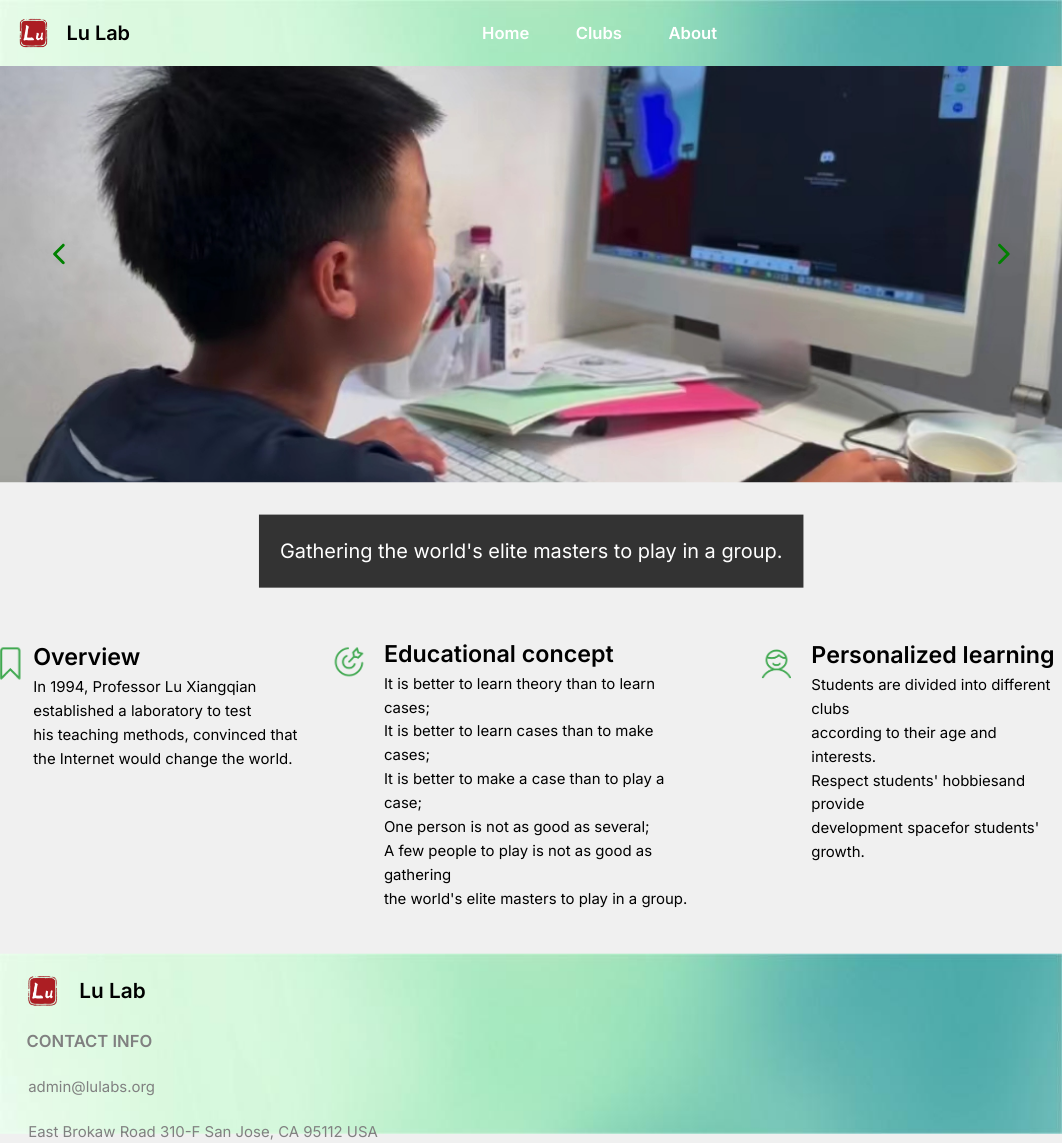
Repository: proflulab/lulab_website_next_js
Page: /
These files come from the project's save history. The page is drawn as it stood at one moment and after the next save; the edit follows.
The browser window is 1280 px wide. The pictures show the whole page, at 83% of full size.
The project was rebuilt for these pictures with package versions that can differ from the ones it lists, and the page was loaded fresh each time. The framework's server and built-in components were replaced by stand-ins that run in the browser. Also part of the build but not shown: next.config.js, next.config.mjs.

Above is the page before, as saved 2023-12-27 21:04:36.

### app/layout.tsx
import type { Metadata } from "next";
import { Inter } from "next/font/google";
import "./globals.css";

const inter = Inter({ subsets: ["latin"] });

export const metadata: Metadata = {
  title: "Lu Lab",
  description: "Lu Lab",
};

export default function RootLayout({
  children,
}: {
  children: React.ReactNode;
}) {
  return (
    <html lang="en">
      <body className={inter.className}>{children}</body>
    </html>
  );
}

### app/page.tsx
"use client";
import "./globals.css"; // 引入全局 CSS 文件

import React, { useState, useEffect, useRef } from "react";
import { FontAwesomeIcon } from "@fortawesome/react-fontawesome";
import {
  faChevronLeft,
  faChevronRight,
} from "@fortawesome/free-solid-svg-icons";
import Image from "next/image";

import Navbar from "./title/page";
import End from "./title/end";

// export default Navbar;

const Home: React.FC = () => {
  const [images, setImages] = useState<string[]>([]);
  const [currentImageIndex, setCurrentImageIndex] = useState<number>(0);

  useEffect(() => {
    const imageUrls = ["image3.jpg", "xueyuan.jpg", "image1.jpg"];
    setImages(imageUrls);
  }, []);

  useEffect(() => {
    const interval = setInterval(() => {
      setCurrentImageIndex((prevIndex) =>
        prevIndex === images.length - 1 ? 0 : prevIndex + 1
      );
    }, 5000);

    return () => clearInterval(interval);
  }, [images]);

  const showNextImage = () => {
    setCurrentImageIndex((prevIndex) =>
      prevIndex === images.length - 1 ? 0 : prevIndex + 1
    );
  };

  const showPreviousImage = () => {
    setCurrentImageIndex((prevIndex) =>
      prevIndex === 0 ? images.length - 1 : prevIndex - 1
    );
  };
  const [windowWidth, setWindowWidth] = useState<number>(0);

  const [isMobile, setIsMobile] = useState<boolean>(false);

  useEffect(() => {
    const handleResize = () => {
      const width = window.innerWidth;
      setIsMobile(width <= 768);
    };

    handleResize(); // 初始化时调用一次，设置初始的 isMobile 值

    window.addEventListener("resize", handleResize);

    return () => {
      window.removeEventListener("resize", handleResize);
    };
  }, []); // 空数组作为依赖，确保只在组件挂载时执行一次

  return (
    <>
      <Navbar />
      <div
        style={{
          display: "flex",
          flexDirection: "column",
          alignItems: "center",
        }}
      >
        <div
          style={{
            position: "relative",
            width: "100%",
            height: "85vh",
            maxWidth: "100%",
            maxHeight: "85vh",
          }}
        >
          {images.length > 0 && (
            // eslint-disable-next-line @next/next/no-img-element
            <img
              src={images[currentImageIndex]}
              alt={`Image ${currentImageIndex + 1}`}
              style={{
                width: "100%",
                height: "95%",
                objectFit: "cover",
                ...(isMobile
                  ? {
                      height: "75vh",
                      width: "100%",
                      objectFit: "cover",
                    }
                  : {}),
              }}
            />
          )}
          <div
            style={{
              position: "absolute",
              top: "50%",
              transform: "translateY(-50%)",
              left: "5%",
              right: "5%",
              display: "flex",
              justifyContent: "space-between",
            }}
          >
            <button
              onClick={showPreviousImage}
              style={{ color: "green", fontWeight: "bold", fontSize: "28px" }}
            >
              <FontAwesomeIcon icon={faChevronLeft} />
            </button>
            <button
              onClick={showNextImage}
              style={{ color: "green", fontWeight: "bold", fontSize: "28px" }}
            >
              <FontAwesomeIcon icon={faChevronRight} />
            </button>
          </div>
        </div>

        <div
          style={{
            position: "absolute",
            top: isMobile ? "400px" : "620px",
            justifyContent: "space-between",

            backgroundColor: "#333333",
            color: "#fff",
            padding: "25px",
            zIndex: 1,
            width: isMobile ? "80%" : "auto", // 根据屏幕大小更新宽度
          }}
        >
          <p style={{ fontSize: isMobile ? "20px" : "24px" }}>
            Gathering the world&apos;s elite masters to play in a group.
          </p>
        </div>

        <div
          style={{
            fontWeight: "bold",
            fontSize: "45px",
            color: "#000000",
            textAlign: "center",
            marginTop: "40px",
            marginBottom: "40px",
          }}
        >
          Welcome to Lu Lab
        </div>
        {isMobile && (
          <>
            <div
              style={{
                marginBottom: "20px",
                display: "flex",
                alignItems: "flex-start",
              }}
            >
              <Image
                src="/Overview.png"
                alt=""
                width={25}
                height={35}
                style={{ marginLeft: "-30px" }}
              />
              <div style={{ marginLeft: "15px" }}>
                <p
                  style={{
                    fontSize: "28px",
                    fontWeight: "600",
                    marginBottom: "5px",
                    marginTop: "-5px",
                  }}
                >
                  Overview
                </p>
                <p
                  style={{
                    fontSize: "18px",
                    fontWeight: "400",
                    lineHeight: "1.5",
                  }}
                >
                  In 1994, Professor Lu Xiangqian
                  <br /> established a laboratory to test
                  <br />
                  his teaching methods, convinced that
                  <br /> the Internet would change the world. <br />
                </p>
              </div>
            </div>

            <div
              style={{
                marginBottom: "20px",
                display: "flex",
                alignItems: "flex-start",
              }}
            >
              <Image
                src="/Edu.png"
                alt=""
                width={35}
                height={35}
                style={{ marginLeft: "35px" }}
              />
              <div style={{ marginLeft: "15px" }}>
                <p
                  style={{
                    fontSize: "28px",
                    fontWeight: "600",
                    marginBottom: "5px",
                    marginTop: "-5px",
                  }}
                >
                  Educational concept
                </p>
                <p
                  style={{
                    fontSize: "18px",
                    fontWeight: "400",
                    lineHeight: "1.5",
                  }}
                >
                  It is better to learn theory than to learn cases;
                  <br />
                  It is better to learn cases than to make cases;
                  <br />
                  It is better to make a case than to play a case;
                  <br />
                  One person is not as good as several;
                  <br />
                  A few people to play is not as good as gathering
                  <br />
                  the world&apos;s elite masters to play in a group.
                </p>
              </div>
            </div>

            <div
              style={{
                marginBottom: "20px",
                display: "flex",
                alignItems: "flex-start",
              }}
            >
              <Image
                src="/Person.png"
                alt=""
                width={35}
                height={35}
                style={{ marginLeft: "-15px" }}
              />
              <div style={{ marginLeft: "15px" }}>
                <p
                  style={{
                    fontSize: "28px",
                    fontWeight: "600",
                    marginBottom: "5px",
                    marginTop: "-5px",
                  }}
                >
                  Personalized learning
                </p>
                <p
                  style={{
                    fontSize: "18px",
                    fontWeight: "400",
                    lineHeight: "1.5",
                  }}
                >
                  Students are divided into different clubs
                  <br />
                  according to their age and interests.
                  <br />
                  Respect students&apos; hobbies and provide
                  <br />
                  development space for students&apos; growth.
                </p>
              </div>
            </div>
          </>
        )}

        {!isMobile && (
          <div
            style={{
              display: "flex",
              justifyContent: "left",
              marginTop: "20px",
            }}
          >
            <div style={{ flex: "1", marginRight: "20px" }}>
              <Image src="/Overview.png" alt="" width={25} height={35} />
              <div style={{ marginLeft: "40px" }}>
                <p
                  style={{
                    color: "black",
                    fontSize: "28px",
                    fontWeight: "600",
                    marginTop: "-50px",
                    textAlign: "left",
                  }}
                >
                  Overview
                </p>
                <p
                  style={{
                    color: "black",
                    fontSize: "18px",
                    fontWeight: "400",
                    textAlign: "left",
                  }}
                >
                  In 1994, Professor Lu Xiangqian
                  <br /> established a laboratory to test
                  <br />
                  his teaching methods, convinced that
                  <br /> the Internet would change the world. <br />
                </p>
              </div>
            </div>
            <div
              style={{ flex: "1.2", marginRight: "60px", marginLeft: "20px" }}
            >
              {" "}
              {/* 将 Edu 部分的 flex 值调整为 1.5 */}
              <Image src="/Edu.png" alt="" width={35} height={35} />
              <div style={{ marginLeft: "60px" }}>
                <p
                  style={{
                    color: "black",
                    fontSize: "28px",
                    fontWeight: "600",
                    marginTop: "-50px",
                    textAlign: "left",
                  }}
                >
                  Educational concept
                </p>
                <p
                  style={{
                    color: "black",
                    fontSize: "18px",
                    fontWeight: "400",
                    textAlign: "left",
                  }}
                >
                  It is better to learn theory than to learn cases;
                  <br /> It is better to learn cases than to make cases;
                  <br /> It is better to make a case than to play a case;
                  <br /> One person is not as good as several;
                  <br /> A few people to play is not as good as gathering
                  <br /> the world&apos;s elite masters to play in a group.
                </p>
              </div>
            </div>
            <div style={{ flex: "1", marginLeft: "20px" }}>
              <Image src="/Person.png" alt="" width={35} height={35} />
              <div style={{ marginLeft: "60px" }}>
                <p
                  style={{
                    color: "black",
                    fontSize: "28px",
                    fontWeight: "600",
                    marginTop: "-50px",
                    textAlign: "left",
                  }}
                >
                  Personalized learning
                </p>
                <p
                  style={{
                    color: "black",
                    fontSize: "18px",
                    fontWeight: "400",
                    textAlign: "left",
                  }}
                >
                  Students are divided into different clubs
                  <br /> according to their age and interests.
                  <br /> Respect students&apos; hobbiesand provide
                  <br /> development spacefor students&apos; growth.
                </p>
              </div>
            </div>
          </div>
        )}

        <hr
          style={{
            marginBottom: "50px",
          }}
        />
        <End />
      </div>
    </>
  );
};

export default Home;

### app/globals.css
@tailwind base;
@tailwind components;
@tailwind utilities;
/* 全局样式 */
body {
  font-family: Arial, sans-serif;
  margin: 0;
  padding: 0;
  background-color: #f0f0f0;
  color: #333;
}

h1 {
  font-size: 2em;
  margin-bottom: 20px;
}

p {
  font-size: 16px;
  line-height: 1.5;
}

/* 媒体查询 */
/* 在小屏幕上应用的样式 */
/* globals.css 或者其他全局CSS文件 */
/* 在文件中添加媒体查询样式 */

/* 较小屏幕尺寸下调整内容位置 */
@media (max-width: 768px) {
  .additional-content {
    top: 550px; /* 调整顶部位置 */
    padding: 15px; /* 调整内边距 */
  }
}

/* 更小屏幕尺寸下调整内容位置 */
@media (max-width: 480px) {
  .additional-content {
    top: 500px; /* 更进一步调整顶部位置 */
    padding: 10px; /* 更进一步调整内边距 */
  }
}

/* 更多媒体查询和样式 */

@media (max-width: 768px) {
  body {
    font-size: 14px;
  }

  h1 {
    font-size: 1.5em;
    margin-bottom: 15px;
  }

  p {
    font-size: 14px;
    line-height: 1.4;
  }
}

/* 在更小的屏幕上应用的样式 */
@media (max-width: 480px) {
  body {
    font-size: 12px;
  }

  h1 {
    font-size: 1.2em;
    margin-bottom: 10px;
  }

  p {
    font-size: 12px;
    line-height: 1.3;
  }
}

/* 在大屏幕上应用的样式 */
@media (min-width: 1200px) {
  body {
    font-size: 18px;
  }

  h1 {
    font-size: 2.5em;
    margin-bottom: 25px;
  }

  p {
    font-size: 18px;
    line-height: 1.6;
  }
}

/* 更多自定义样式和媒体查询可以按需添加 */

### app/title/end.tsx
"use client";
import Link from "next/link";
import { useState, useEffect, useRef } from "react";
import Image from "next/image";
const End: React.FC = () => {
  return (
    <div style={{ position: "relative" }}>
      <Image src="/title.jpg" alt="" height="230" width="1700" />
      <div
        style={{
          position: "absolute",
          top: "20px",
          left: "2%",
          display: "flex",
          alignItems: "center",
        }}
      >
        <Image src="/logo.png" alt="" height="50" width="50" />
        <p
          style={{
            color: "black",
            fontSize: "25px",
            fontWeight: "600",
            marginLeft: "20px",
          }}
        >
          Lu Lab
        </p>
      </div>
      <div
        style={{
          position: "absolute",
          top: "90px",
          left: "2.5%",
          textAlign: "left",
        }}
      >
        <div
          style={{
            color: "grey",
            fontSize: "20px",
            fontWeight: "600",
          }}
        >
          CONTACT INFO
        </div>
        <div
          style={{
            color: "grey",
            fontSize: "18px",
            fontWeight: "400",
            marginLeft: "2px",
            textAlign: "left",
          }}
        >
          <br />
          admin@lulabs.org
          <br />
          <br />
          East Brokaw Road 310-F San Jose, CA 95112 USA <br />
        </div>
      </div>
    </div>
  );
};
export default End;

Loaded but not shown: tailwind.config.ts (common file); app/title/page.tsx (272 lines, source omitted)

After the next save:
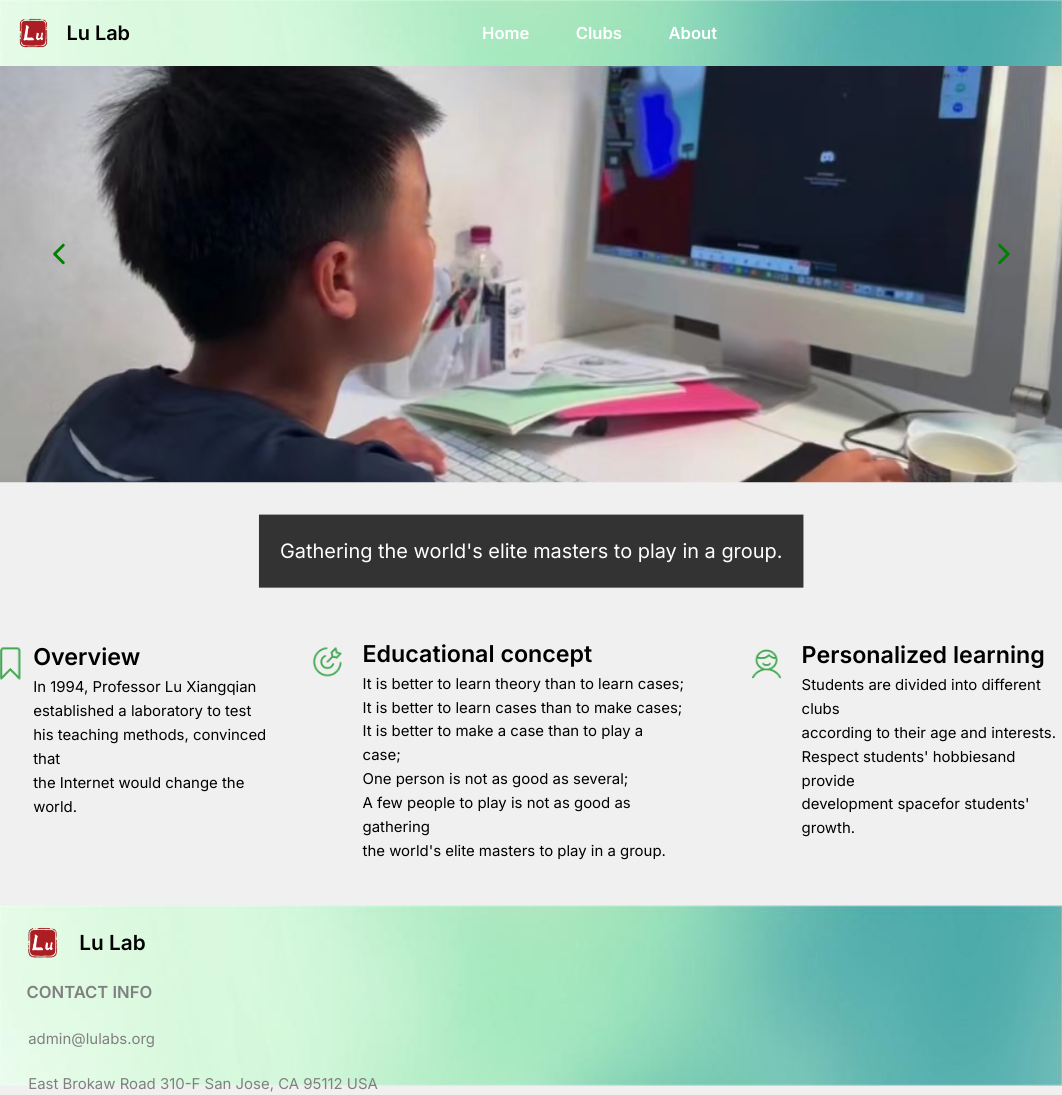
Saved 11 s later.
--- a/app/page.tsx
+++ b/app/page.tsx
@@ -300,7 +300,7 @@
               marginTop: "20px",
             }}
           >
-            <div style={{ flex: "1", marginRight: "20px" }}>
+            <div style={{ flex: "0.9", marginRight: "20px" }}>
               <Image src="/Overview.png" alt="" width={25} height={35} />
               <div style={{ marginLeft: "40px" }}>
                 <p

After the save that followed:
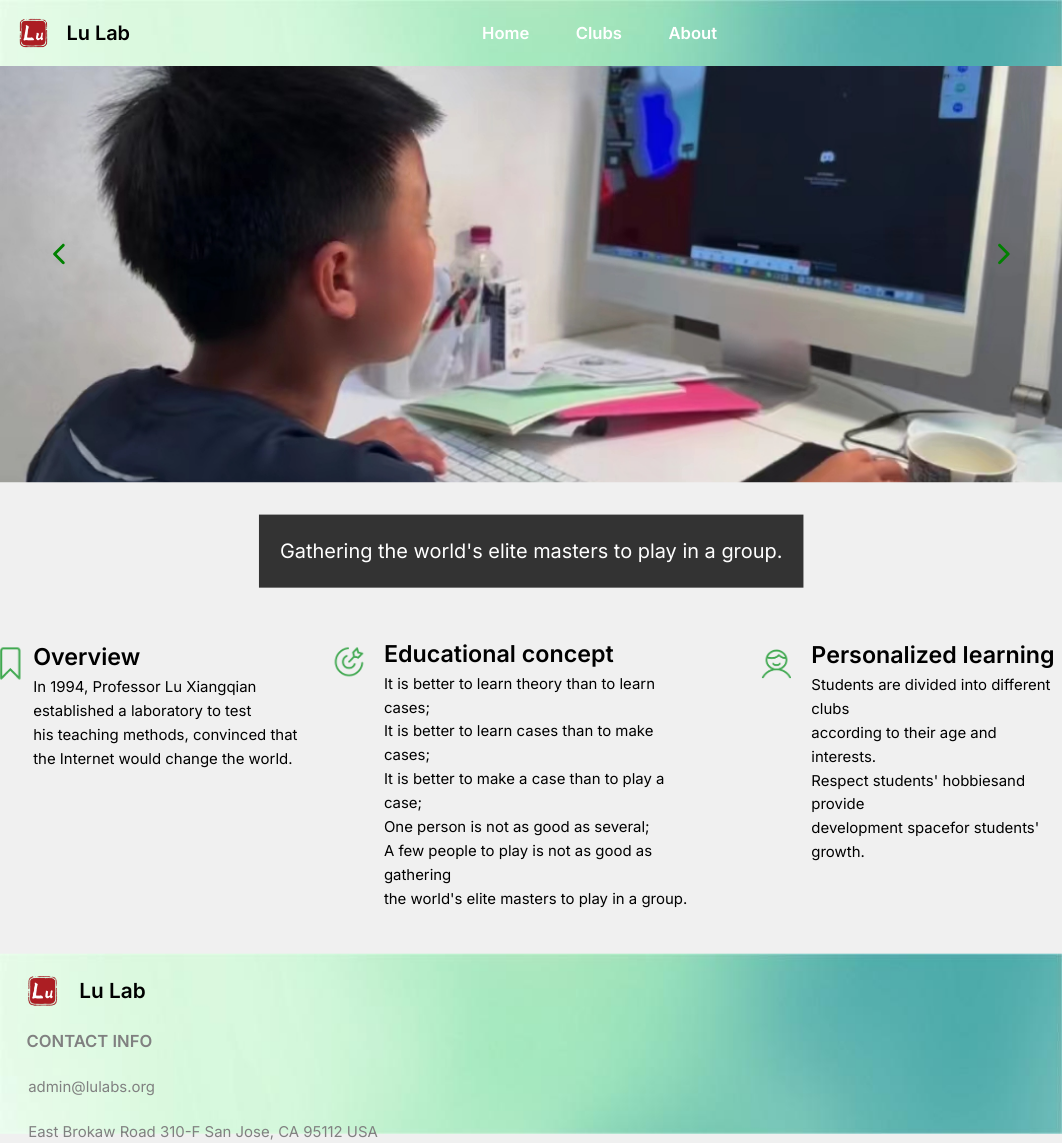
Saved 7 s later.
--- a/app/page.tsx
+++ b/app/page.tsx
@@ -300,7 +300,7 @@
               marginTop: "20px",
             }}
           >
-            <div style={{ flex: "0.9", marginRight: "20px" }}>
+            <div style={{ flex: "1", marginRight: "20px" }}>
               <Image src="/Overview.png" alt="" width={25} height={35} />
               <div style={{ marginLeft: "40px" }}>
                 <p
